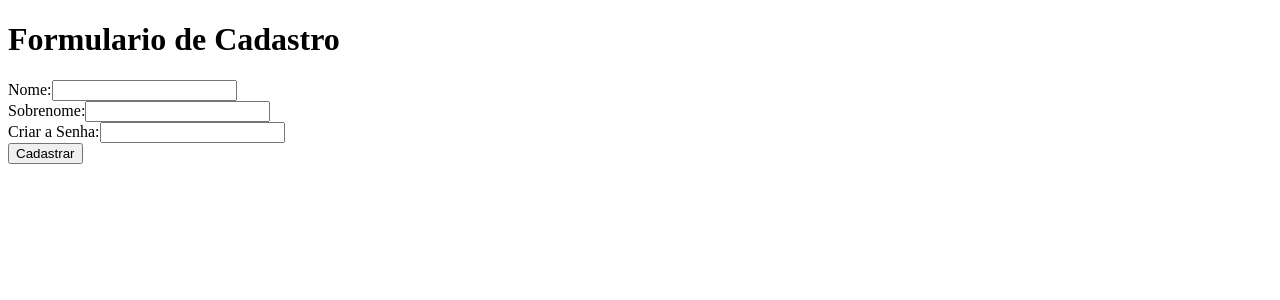
Repository: MarcoantonioCaldeira/Aprendizados-e-Conhecimentos
Page: Formulario-de-Cadastro-e-Login/cadastro.html
These files come from the project's save history. The page is drawn as it stood at one moment and after the next save; the edit follows.
The browser window is 1280 px wide. The pictures show the whole page.

Above is the page before, as saved 2022-04-18 18:21:31.

### Formulario-de-Cadastro-e-Login/cadastro.html
<!DOCTYPE html>
<html>
   <head>
   <meta charset="utf-8">
   </head>
   <body>
     <h1>Formulario de Cadastro</h1>

     <form methot="POST" action="cadastro.php">
         <label>Nome:</label><input type="text" name="nome" id="nome"><br>
         <label>Sobrenome:</label><input type="text" name="sobrenome" id="sobrenome"><br>
         <label>Criar a Senha:</label><input type="password" name="senha" id="senha"><br>
         <input type="submit" value="Cadastrar" id="cadastrar" name="cadastrar">

     </form>

   </body>
</html>

After the next save:
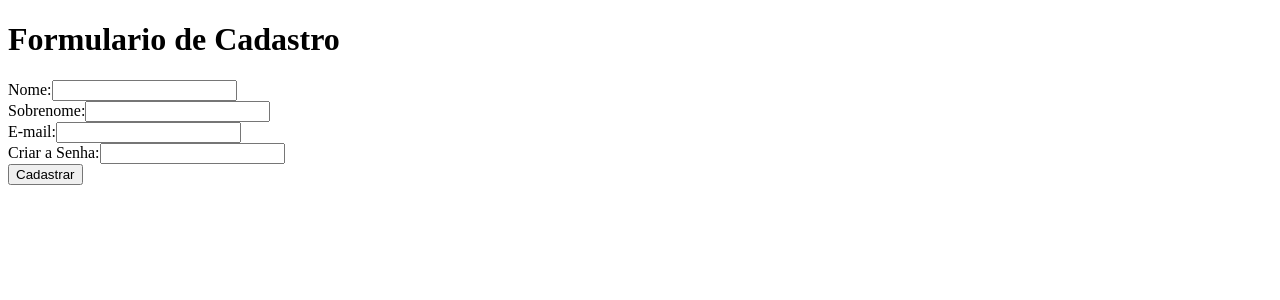
Saved 17 min 31 s later.
--- a/Formulario-de-Cadastro-e-Login/cadastro.html
+++ b/Formulario-de-Cadastro-e-Login/cadastro.html
@@ -9,6 +9,7 @@
      <form methot="POST" action="cadastro.php">
          <label>Nome:</label><input type="text" name="nome" id="nome"><br>
          <label>Sobrenome:</label><input type="text" name="sobrenome" id="sobrenome"><br>
+         <label>E-mail:</label><input type="text" name="email" id="mail"><br>
          <label>Criar a Senha:</label><input type="password" name="senha" id="senha"><br>
          <input type="submit" value="Cadastrar" id="cadastrar" name="cadastrar">
 
